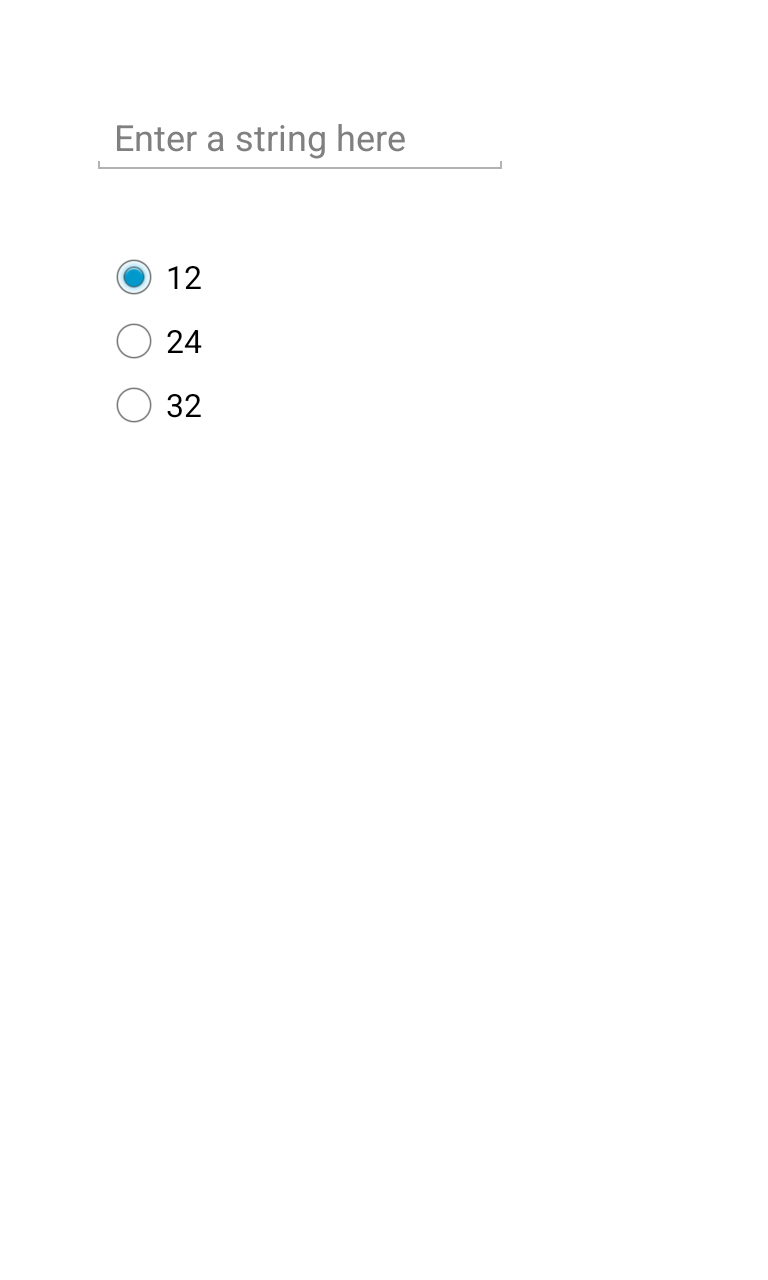
Repository: 12030121030/eventhandling
Layout: TextFormatter/res/layout/activity_main.xml
An editor plug-in stored every save of this project. The layout is shown before and after the next save, followed by the edit.
It is drawn on a 768 x 1280 px phone screen (xhdpi) without system bars, with theme AppTheme; the app's code is not run.

Above is the layout before, as saved 2015-01-02 03:23:20.

### TextFormatter/res/layout/activity_main.xml
<LinearLayout xmlns:android="http://schemas.android.com/apk/res/android"
    xmlns:tools="http://schemas.android.com/tools"
    android:layout_width="match_parent"
    android:layout_height="match_parent"
    android:paddingBottom="@dimen/activity_vertical_margin"
    android:paddingLeft="@dimen/activity_horizontal_margin"
    android:paddingRight="@dimen/activity_horizontal_margin"
    android:paddingTop="@dimen/activity_vertical_margin"
    android:orientation="vertical"
    tools:context=".MainActivity" >

    <EditText
        android:id="@+id/editText1"
        android:layout_width="wrap_content"
        android:layout_height="wrap_content"
        android:layout_alignParentLeft="true"
        android:layout_alignParentTop="true"
        android:layout_marginLeft="29dp"
        android:layout_marginTop="33dp"
        android:ems="10"
        android:hint="Enter a string here"
        android:inputType="textPersonName" />

    <RadioGroup
        android:id="@+id/radioGroup1"
        android:layout_width="wrap_content"
        android:layout_height="wrap_content"
        android:layout_alignLeft="@+id/editText1"
        android:layout_below="@+id/editText1"
        android:layout_marginLeft="35dp"
        android:layout_marginTop="34dp" >

        <RadioButton
            android:id="@+id/radio0"
            android:layout_width="wrap_content"
            android:layout_height="wrap_content"
            android:checked="true"
            android:text="12" />

        <RadioButton
            android:id="@+id/radio1"
            android:layout_width="wrap_content"
            android:layout_height="wrap_content"
            android:text="24" />

        <RadioButton
            android:id="@+id/radio2"
            android:layout_width="wrap_content"
            android:layout_height="wrap_content"
            android:text="32" />
    </RadioGroup>

</LinearLayout>

Loaded but not shown: TextFormatter/res/values/styles.xml (common file); TextFormatter/res/values-v11/styles.xml (common file); TextFormatter/res/values-v14/styles.xml (common file); TextFormatter/res/values/dimens.xml (common file)

After the next save:
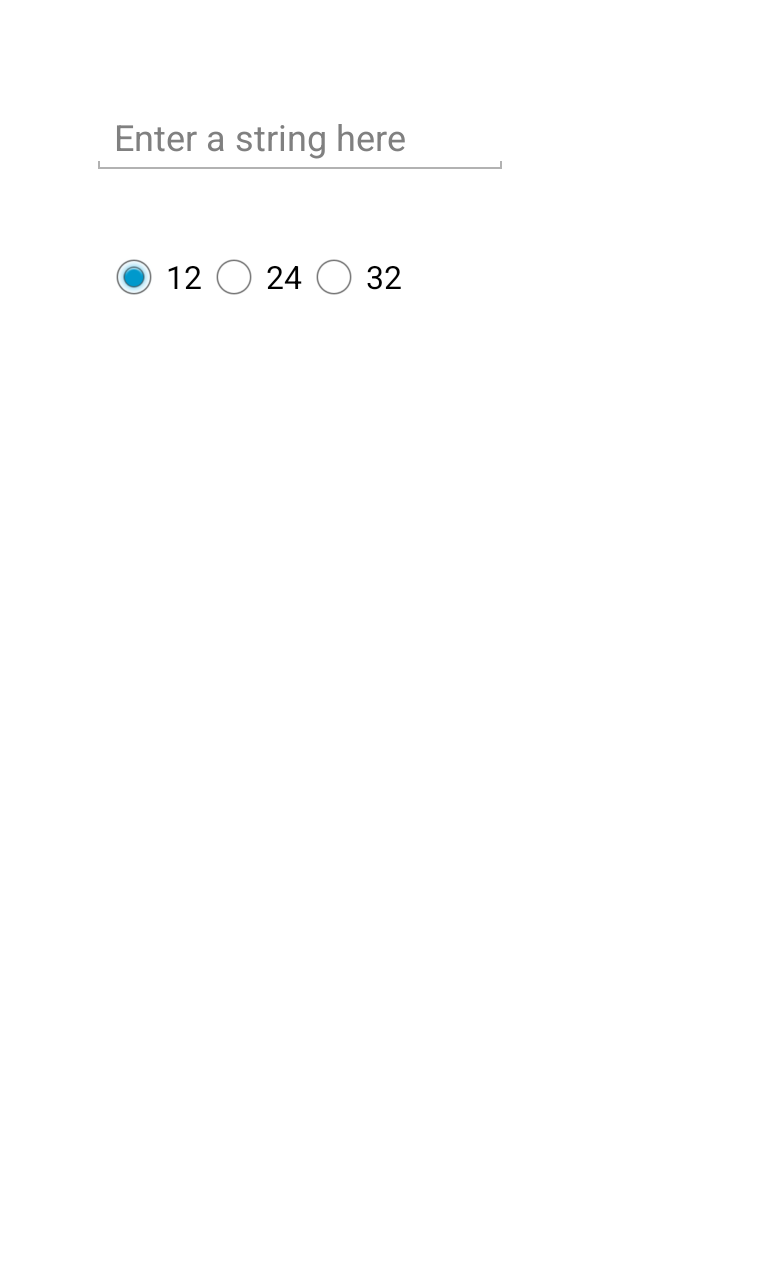
Saved 15 s later.
--- a/TextFormatter/res/layout/activity_main.xml
+++ b/TextFormatter/res/layout/activity_main.xml
@@ -27,6 +27,7 @@
         android:layout_height="wrap_content"
         android:layout_alignLeft="@+id/editText1"
         android:layout_below="@+id/editText1"
+        android:orientation="horizontal"
         android:layout_marginLeft="35dp"
         android:layout_marginTop="34dp" >
 
